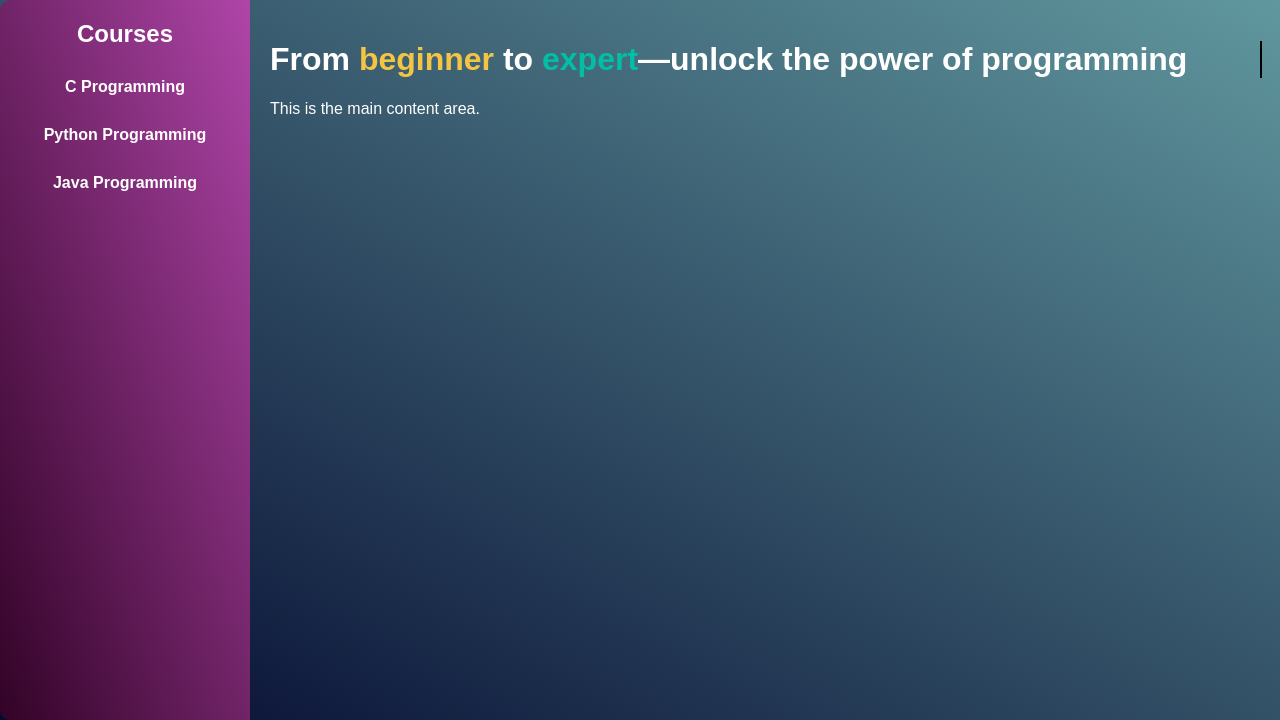
Repository: RishitSharma88/SeaGro
Page: templates/learningcourses.html
The author's editor kept a copy of each file at every save. The page is drawn from the files as they stood at one save, then again after the next save.
The browser window is 1280 px wide. The pictures show the whole page.
The template is drawn by Flask 3. The application's start-up code is not run. Other server files are loaded and not shown. The template is opened directly, without the code that normally fills it, so the values that code supplies are empty.

Above is the page before, as saved 2024-12-28 14:04:31.

### templates/learningcourses.html
<!DOCTYPE html>
<html lang="en">
<head>
    <meta charset="UTF-8">
    <meta name="viewport" content="width=device-width, initial-scale=1.0">
    <title>Learning Courses</title>
    <style>
        body {
            margin: 0;
            padding: 0;
            font-family: 'Arial', sans-serif;
            background: linear-gradient(to bottom left, #60979e, #050a30);
            color: #FFFFFF;
            display: flex;
            height: 100vh;
            overflow: hidden;
        }

        .sidebar {
            background: linear-gradient(to bottom left, #af45a8, #320327);
            color: #ffff;
            width: 250px;
            height: 100%;
            border-radius: 10px 0 0 10px;
            overflow: auto;
            display: flex;
            flex-direction: column;
            align-items: center;
            position: fixed;
            left: 0;
            top: 0;
            transition: transform 0.3s ease;
        }
        .h {
            font-size: 24px;
            font-weight: bold;
            text-align: center;
            margin: 20px 0;
        }
        .side-links {
            display: flex;
            flex-direction: column;
            gap: 10px;
            width: 100%;
            padding: 0 10px;
        }

        .side-links a {
            text-decoration: none;
            color: #fff;
            font-size: 1rem;
            font-weight: bold;
            padding: 10px;
            border-radius: 5px;
            text-align: center;
            transition: background-color 0.3s ease;
        }

        .side-links a:hover {
            background-color: rgba(255, 255, 255, 0.2);
        }
        .main-content {
            margin-left: 250px;
            flex: 1;
            padding: 20px;
            transition: margin-left 0.3s ease;
        }
        .typing {
            width: 0;
            overflow: hidden;
            white-space: nowrap;
            border-right: 2px solid black;
            animation: typing 2s steps(20) forwards, blink 1s step-end infinite;
        }
        @keyframes typing {
            from {
                width: 0;
            }
            to {
                width: 100%;
            }
        }

        @keyframes blink {
            50% {
                border-color: transparent;
            }
        }
        .highlight1{
            color:#f4c542
        }
        .highlight2{
            color:#00bfa5
        }

        /*.sidebar.collapsed {
            transform: translateX(-250px);
        }





        .toggle-btn {
            position: fixed;
            top: 50%;
            left: 250px;
            transform: translateY(-50%);
            background: #de7a50;
            color: #fff;
            border: none;
            border-radius: 5px;
            font-size: 20px;
            cursor: pointer;
            transition: left 0.3s ease;
        }

        .toggle-btn.collapsed {
            left: 0;
        }



        .sidebar.collapsed + .main-content {
            margin-left: 0;
        }*/
    </style>
</head>
<body>
    <div class="sidebar">
        <h1 class="h">Courses</h1>
        <div class="side-links">
            <a href="coursetemp.html">C Programming</a>
            <a href="coursetemp.html">Python Programming</a>
            <a href="coursetemp.html">Java Programming</a>
        </div>
    </div>
    <!-- <button class="toggle-btn">&#9664;</button> -->

    <div class="main-content">
        <h1 class="typing">
            From <span class="highlight1">beginner</span> to <span class="highlight2">expert</span>—unlock the power of programming
        </h1>
        <p>This is the main content area.</p>
    </div>

    <!-- <script>
        const sidebar = document.querySelector('.sidebar');
        const toggleBtn = document.querySelector('.toggle-btn');

        toggleBtn.addEventListener('click', () => {
            sidebar.classList.toggle('collapsed');
            toggleBtn.classList.toggle('collapsed');


            toggleBtn.innerHTML = sidebar.classList.contains('collapsed') ? '&#9654;' : '&#9664;';
        });
    </script> -->
</body>
</html>

After the next save:
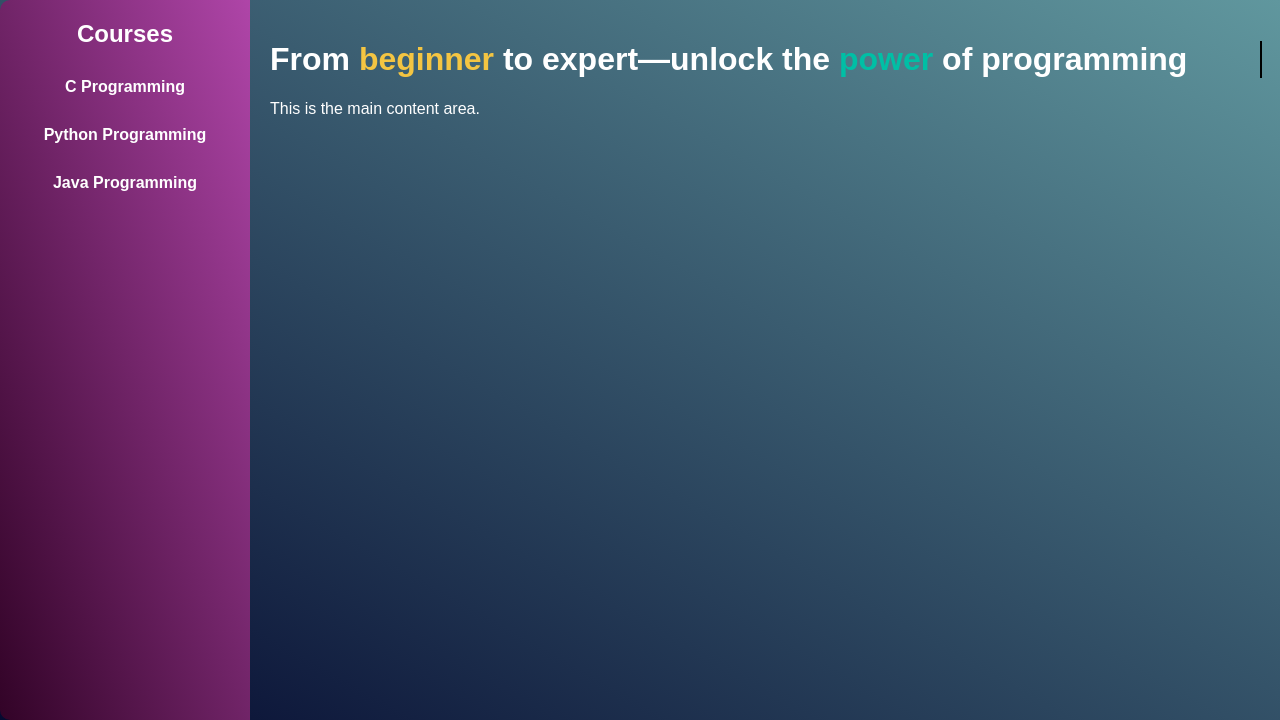
Saved 66 s later.
--- a/templates/learningcourses.html
+++ b/templates/learningcourses.html
@@ -139,7 +139,7 @@
 
     <div class="main-content">
         <h1 class="typing">
-            From <span class="highlight1">beginner</span> to <span class="highlight2">expert</span>—unlock the power of programming
+            From <span class="highlight1">beginner</span> to expert—unlock the <span class="highlight2">power</span> of programming
         </h1>
         <p>This is the main content area.</p>
     </div>
